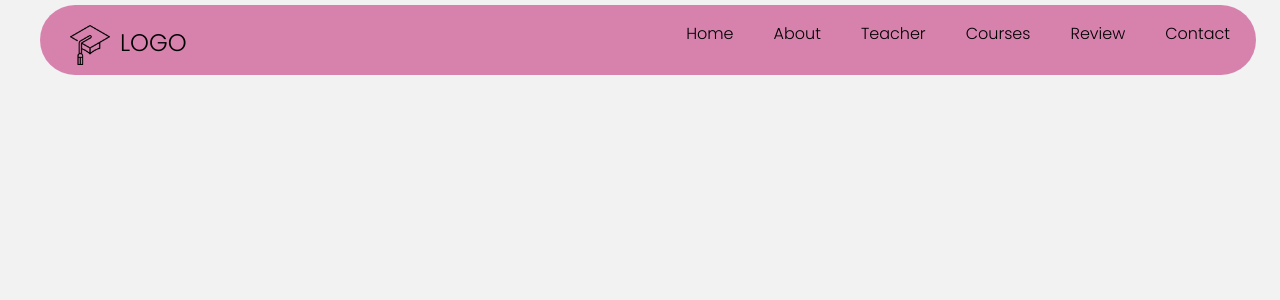
Repository: MrHadSheanas/First-Responsive_Design-Web
Page: index.html
These files come from the project's save history. The page is drawn as it stood at one moment and after a run of saves; the edit follows.
The browser window is 1280 px wide. The pictures show the whole page.
Some web fonts or font styles are not loaded; a fallback is used. Some web libraries are served in a nearby version.

Above is the page before, as saved 2025-09-07 22:17:35.
Console error: SyntaxError: Unexpected token '}'

### index.html
<!DOCTYPE html>
<html lang="en">
<head>
   <meta charset="UTF-8">
   <meta name="viewport" content="width=device-width, initial-scale=1.0">
   <title>Document</title>
   <link rel="stylesheet" href="https://cdnjs.cloudflare.com/ajax/libs/font-awesome/7.0.1/css/all.min.css">
   <link rel="stylesheet" href="style.css">
   <link rel="stylesheet" href="">


</head>
<body>
   <nav class="navbor">
      <div class="logo">
         <img id="logo" src="img/mortarboard.png" alt="">
         <h2>LOGO</h2>
         <img id="menu1" src="img/menu-bar.png" alt="">
         <img id="menu1" src="" alt="">

      </div>


      <ul class="nav-links">
         <ol>Home</ol>
         <ol>About</ol>
         <ol>Teacher</ol>
         <ol>Courses</ol>
         <ol>Review</ol>
         <ol>Contact</ol>
   </nav>


   <script src="app.js"></script>
</body>
</html>

### style.css
@import url('https://fonts.googleapis.com/css2?family=Amiri:ital,wght@0,400;0,700;1,400;1,700&family=Anton&family=Montagu+Slab:opsz,wght@16..144,100..700&family=Poppins:ital,wght@0,100;0,200;0,300;0,400;0,500;0,600;0,700;0,800;0,900;1,100;1,200;1,300;1,400;1,500;1,600;1,700;1,800;1,900&family=Roboto:ital,wght@0,100..900;1,100..900&display=swap');

*{
    font-family: "Poppins", sans-serif;
  font-weight: 300;
  font-style: normal;
}
.navbor{
   width:100%;
}
body{
    margin: 0;
    padding: 0;
    width: 100%;
    box-sizing: border-box;
    background: #f2f2f2;
}
header{
    width: 100%;
    height: 100vh;
    background: url(images/bg.jpg);
    background-size: cover;
    background-position: center;
    position: relative;
}
#logo{
   width: 40px;
   height:40px;
   position:relative;
   top: 0px;
   left: 10px;
   padding: 20px;
}
.logo{
   display: flex;
   width:95%;
   height: 70px;
   background: rgba(187, 20, 107, 0.5);
   margin-top:5px;
   border-radius: 100px;
   margin-left: 40px;


}
.nav-links{
   display: flex;
   justify-content:end;
   position: relative;
   top: -70px;
   right: 50px;

}
li{
   margin: 10px;

}
#menu1{
   display: none;
}

@media  (max-width: 780px){
   .nav-links{
      display: none;
   }
   .logo{
      margin-left: 20px;
   }
   #menu1{
      display: block;
      position: relative;
      top: 15px;
      left: 65%;
      margin-right: 10px;
      width: 40px;;
      height: 40px;

   }


}
@media screen and (max-width: 600px){
   .logo{
      width: 100%;
      height: 50px;
      margin-left: 10px;
      border-radius: 40px;
      margin-left: 10px;
   }
   #menu1{
      left:65%;
      width: 30px;
      height: 30px;
       width: 40px;
      height: 40px;
      top: 4px;

   }
   .logo h2{
      height: 40px;
      border-radius: 10px;
      padding: 0%;
      position: relative;
      top: -10px;
      left: 20px;
      display: flex;


   }
   .logo{
      padding: 0px;
   }
   #logo{
      width: 30px;
      height: 30px;
      padding: 10px;
   }
}
@media   (max-width: 400px){
   #menu1{
      left: 0%;
      margin-left: 50%;
      width: 40px;
      height: 40px;
      top: 10px;

   }


}

### app.js
document.getElementById('#menu1').addEventListener('click', () => {

do
}

After the next 3 saves:
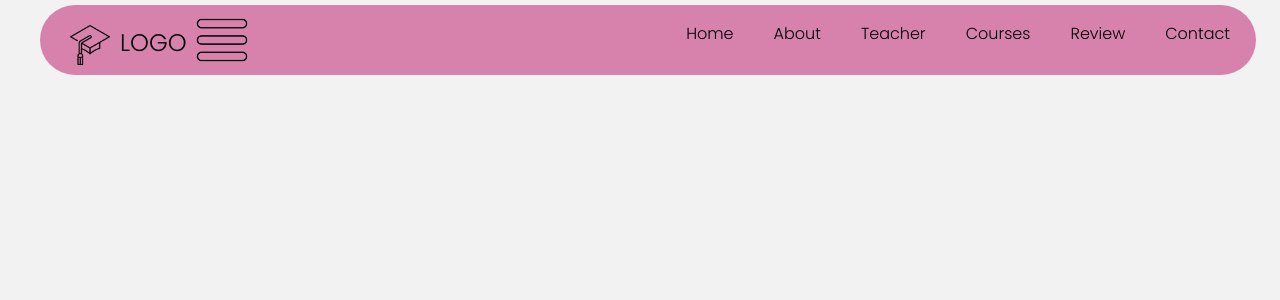
The 3 saves are shown as one change because they came seconds apart.
The last was saved 7 s later.
--- a/index.html
+++ b/index.html
@@ -15,7 +15,7 @@
       <div class="logo">
          <img id="logo" src="img/mortarboard.png" alt="">
          <h2>LOGO</h2>
-         <img id="menu1" src="img/menu-bar.png" alt="">
+         <img class="menu1" src="img/menu-bar.png" alt="">
          <img id="menu1" src="" alt="">
 
       </div>

After the 2 saves that followed:
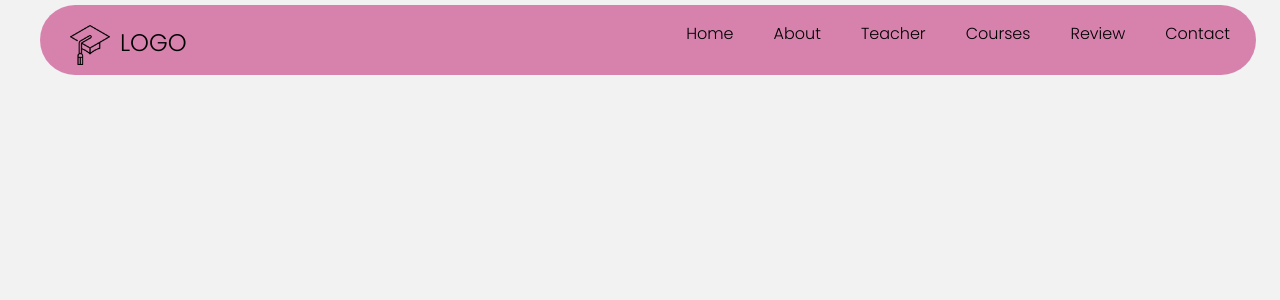
The 2 saves are shown as one change because they came seconds apart.
The last was saved 10 s later.
--- a/style.css
+++ b/style.css
@@ -54,7 +54,7 @@
    margin: 10px;
 
 }
-#menu1{
+.menu1{
    display: none;
 }
 
